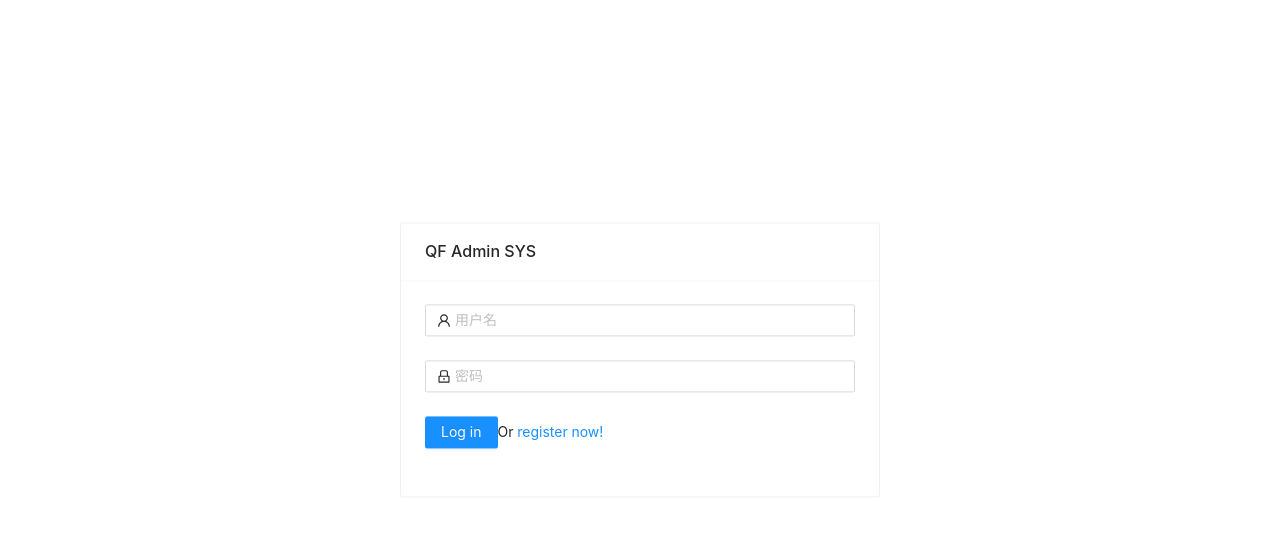
Repository: 13982720426/demo01
Page: /#/login
These files come from the project's save history. The page is drawn as it stood at one moment and after the next save; the edit follows.
The browser window is 1280 px wide. The pictures show the whole page.
The project was rebuilt for these pictures with package versions that can differ from the ones it lists, and the page was loaded fresh each time. Also part of the build but not shown: src/pages/admin/dashboard/Index.js, src/pages/admin/products/List.js, src/pages/admin/products/Edit.js, src/pages/PageNotFound.js, src/components/Frame/Index.js, src/App.js.

Above is the page before, as saved 2021-04-04 21:32:51.

### src/index.js
import React from 'react'
import ReactDOM from 'react-dom'
import './index.css'
import App from './App'
import 'antd/dist/antd.css'
import { HashRouter as Router, Switch, Route, Redirect } from 'react-router-dom'
import { mainRoutes } from './routes'

ReactDOM.render(
  <Router>
    <Switch>
      <Route path="/admin" render={(routeProps) => <App {...routeProps} />} />
      {mainRoutes.map((route) => {
        return <Route key={route.path} {...route} />
      })}
      <Redirect to="/admin" from="/" />

      <Redirect to="/404" />
    </Switch>
  </Router>,
  document.getElementById('root')
)

### src/routes/index.js
import Login from '../pages/Login'
import Index from '../pages/admin/dashboard/Index'
import List from '../pages/admin/products/List'
import Edit from '../pages/admin/products/Edit'
import PageNotFound from '../pages/PageNotFound'

export const mainRoutes = [
  {
    path: '/login',
    component: Login,
  },
  {
    path: '/404',
    component: PageNotFound,
  },
]

export const adminRoutes = [
  {
    path: '/admin/dashboard',
    component: Index,
    isShow: true,
    title: '看板',
  },
  {
    path: '/admin/products',
    component: List,
    isShow: true,
    exact: true,
    title: '商品管理',
  },
  {
    path: '/admin/products/edit/:id?',
    component: Edit,
    isShow: false,
  },
]

### src/App.css
html,body,#root,
.ant-layout{
    width: 100%;
    height: 100%;
}

### src/pages/Login.js
import React from 'react'
import { Form, Input, Button, Checkbox, Card } from 'antd'
import { UserOutlined, LockOutlined } from '@ant-design/icons'
import './Login.css'

function Login(props) {
  const onFinish = (values) => {
    console.log('Received values of form: ', values)
  }
  return (
    <Card title="QF Admin SYS" className="login-form">
      <Form
        name="normal_login"
        initialValues={{
          remember: true,
        }}
        onFinish={onFinish}
      >
        <Form.Item
          name="username"
          rules={[
            {
              required: true,
              message: '请输入用户名!',
            },
          ]}
        >
          <Input
            prefix={<UserOutlined className="site-form-item-icon" />}
            placeholder="用户名"
          />
        </Form.Item>
        <Form.Item
          name="password"
          rules={[
            {
              required: true,
              message: '请输入密码!',
            },
          ]}
        >
          <Input
            prefix={<LockOutlined className="site-form-item-icon" />}
            type="password"
            placeholder="密码"
          />
        </Form.Item>

        <Form.Item>
          <Button
            type="primary"
            htmlType="submit"
            className="login-form-button"
          >
            Log in
          </Button>
          Or <a href="">register now!</a>
        </Form.Item>
      </Form>
    </Card>
  )
}

export default Login

### src/pages/Login.css
.login-form{
    width: 480px;
    position: relative;
    left: 50%;
    top: 50%;
    transform: translate3d(-50%,-50%,0);
}

Loaded but not shown: public/index.html (common file); src/index.css (common file)

After the next save:
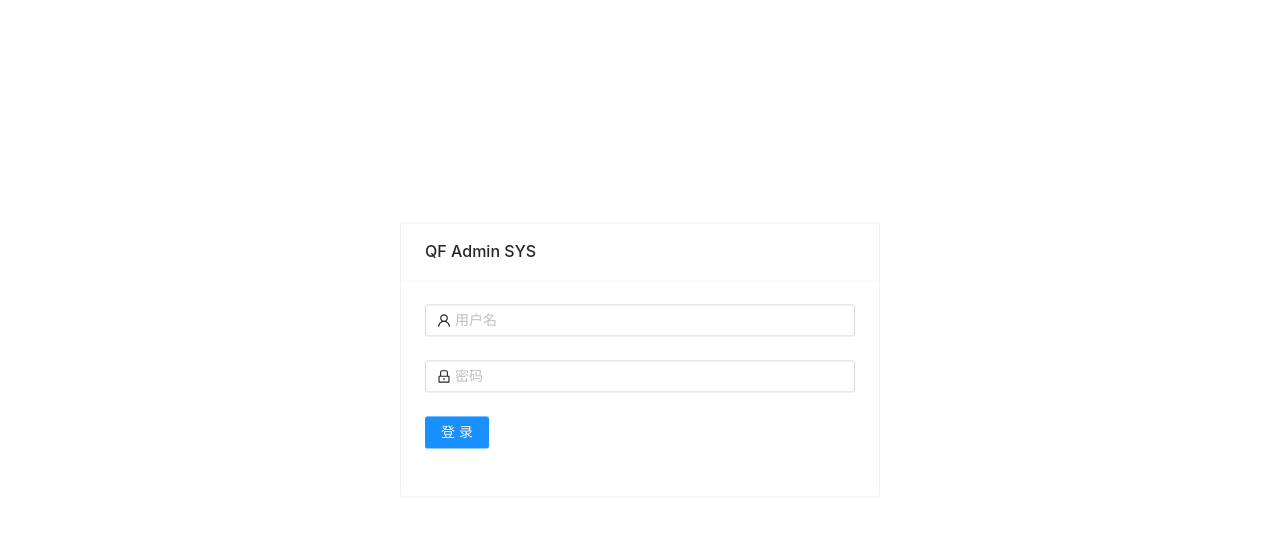
Saved 19 s later.
--- a/src/pages/Login.js
+++ b/src/pages/Login.js
@@ -52,9 +52,8 @@ function Login(props) {
             htmlType="submit"
             className="login-form-button"
           >
-            Log in
+            登录
           </Button>
-          Or <a href="">register now!</a>
         </Form.Item>
       </Form>
     </Card>
